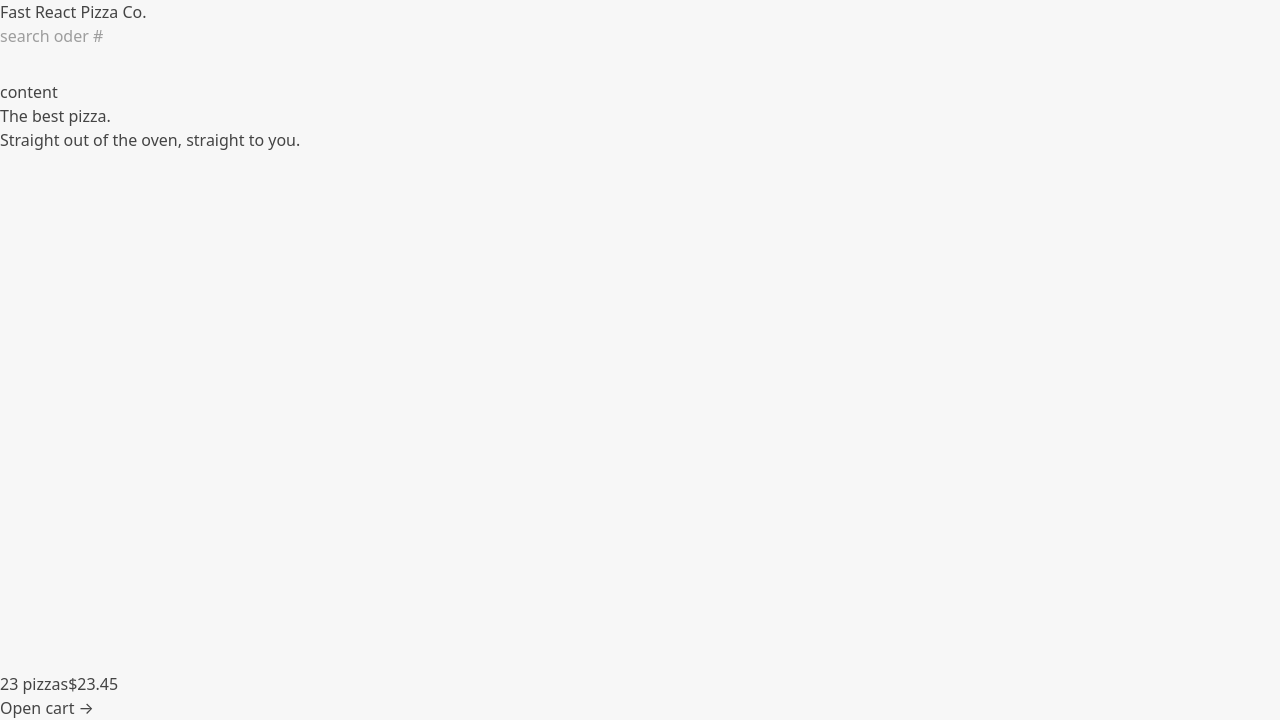
Repository: ayakhaled0001/pizza-delivery
Page: /
These files come from the project's save history. The page is drawn as it stood at one moment and after a run of saves; the edit follows.
The browser window is 1280 px wide. The pictures show the whole page.
The project was rebuilt for these pictures with package versions that can differ from the ones it lists, and the page was loaded fresh each time. Also part of the build but not shown: vite.config.js, src/services/apiRestaurant.jsx, src/utilities/helpers.jsx, src/features/menu/MenuItem.jsx, src/features/menu/Menu.jsx, src/features/cart/Cart.jsx, src/features/order/Order.jsx, src/ui/Loader.jsx and 1 more. Imported but missing from the stored project, and not drawn on this page: src/features/order/CreateOrder.

Above is the page before, as saved 2025-04-30 19:19:32.

### src/App.jsx
import { createBrowserRouter, RouterProvider } from "react-router-dom";
import Home from "./ui/Home";
import Menu, { loader as menuLoader } from "./features/menu/Menu";
import Cart from "./features/cart/Cart";
import CreateOrder, {
  action as CreateOrderAction,
} from "./features/order/CreateOrder";
import Order, { loader as orderLoader } from "./features/order/Order";
import AppLayout from "./ui/AppLayout";
import Error from "./ui/Error";
const router = createBrowserRouter([
  {
    element: <AppLayout />,
    children: [
      { path: "/", element: <Home /> },
      {
        path: "/menu",
        element: <Menu />,
        loader: menuLoader,
        errorElement: <Error />,
      },
      { path: "/cart", element: <Cart /> },
      {
        path: "/order/new",
        element: <CreateOrder />,
        action: CreateOrderAction,
      },
      {
        path: "/order/:orderId",
        element: <Order />,
        loader: orderLoader,
        errorElement: <Error />,
      },
    ],
  },
]);
function App() {
  return <RouterProvider router={router} />;
}

export default App;

### src/index.css
@import "tailwindcss";

body {
  font-family: system-ui, -apple-system, BlinkMacSystemFont, "Segoe UI", Roboto,
    Oxygen, Ubuntu, Cantarell, "Open Sans", "Helvetica Neue", sans-serif;
  background-color: #f7f7f7;
  color: #444;
}

.layout {
  display: grid;
  grid-template-rows: auto 1fr auto;
  gap: 32px;
  height: 100dvh;
}

/* https://dev.to/afif/i-made-100-css-loaders-for-your-next-project-4eje */
.loader {
  width: 45px;
  aspect-ratio: 0.75;
  --c: no-repeat linear-gradient(#333 0 0);
  background: var(--c) 0% 50%, var(--c) 50% 50%, var(--c) 100% 50%;
  background-size: 20% 50%;
  animation: loading 1s infinite linear;
}

@keyframes loading {
  20% {
    background-position: 0% 0%, 50% 50%, 100% 50%;
  }
  40% {
    background-position: 0% 100%, 50% 0%, 100% 50%;
  }
  60% {
    background-position: 0% 50%, 50% 100%, 100% 0%;
  }
  80% {
    background-position: 0% 50%, 50% 50%, 100% 100%;
  }
}

### src/ui/AppLayout.jsx
import Header from "./Header";
import CartOverview from "../features/cart/CartOverview";
import { Outlet, useNavigation } from "react-router-dom";
import Loader from "./Loader";

function AppLayout() {
  const navigation = useNavigation();
  const isLoading = navigation.state === "loading";
  console.log(navigation.state);
  return (
    <div className="layout">
      {isLoading && <Loader />}
      <Header />
      <main>
        <p>content</p>
        <Outlet />
      </main>
      <CartOverview />
    </div>
  );
}

export default AppLayout;

### src/ui/Header.jsx
import { Link } from "react-router-dom";
import SearchOrder from "../features/order/SearchOrder.jsx";

function Header() {
  return (
    <header>
      <Link to="/">Fast React Pizza Co.</Link>
      <SearchOrder />
    </header>
  );
}

export default Header;

### src/features/order/SearchOrder.jsx
import { useState } from "react";
import { useNavigate } from "react-router-dom";

function SearchOrder() {
  const [query, setQuery] = useState("");
  const navigate = useNavigate();
  function handleSubmit(e) {
    e.preventDefault();
    if (!query) return;
    navigate(`/order/${query}`);
    setQuery("");
  }
  return (
    <form onSubmit={handleSubmit}>
      <input
        placeholder="search oder #"
        value={query}
        onChange={(e) => setQuery(e.target.value)}
        className="duration-300 sm:w-64 focus:outline-none focus:ring
         focus:ring-yellow-500 focus:ring-opacity-50  sm:focus:w-72 transition-all w-28
         bg-yellow-100 rounded-full px-4 py-2 text-sm placeholder:text-stone-400"
      />
    </form>
  );
}

export default SearchOrder;

Loaded but not shown: index.html (common file); src/main.jsx (common file); src/ui/Home.jsx (common file); src/features/cart/CartOverview.jsx (common file)

After the next 4 saves:
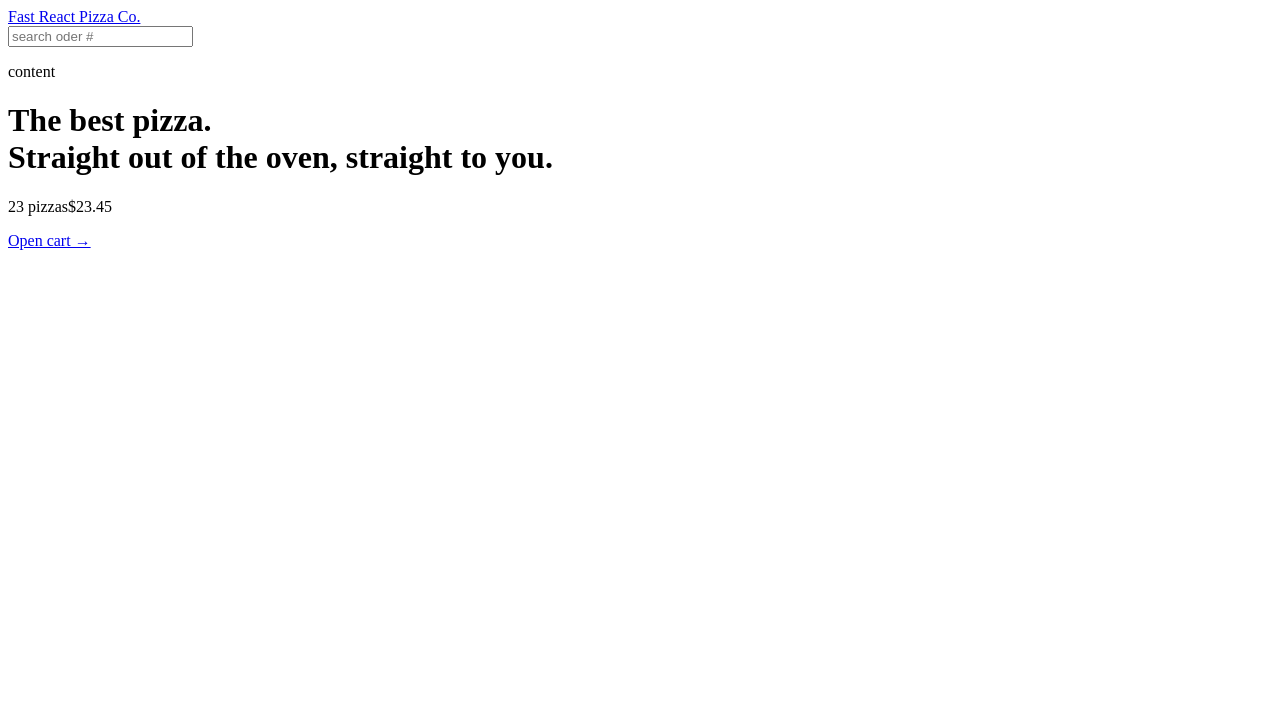
The 4 saves are shown as one change because 2 did not build or start and some came seconds apart.
The last was saved 62 min 7 s later.
--- a/src/index.css
+++ b/src/index.css
@@ -1,6 +1,6 @@
-@import "tailwindcss";
-
-body {
+@tailwind base
+@tailwind components
+/* body {
   font-family: system-ui, -apple-system, BlinkMacSystemFont, "Segoe UI", Roboto,
     Oxygen, Ubuntu, Cantarell, "Open Sans", "Helvetica Neue", sans-serif;
   background-color: #f7f7f7;
@@ -12,7 +12,7 @@ body {
   grid-template-rows: auto 1fr auto;
   gap: 32px;
   height: 100dvh;
-}
+} */
 
 /* https://dev.to/afif/i-made-100-css-loaders-for-your-next-project-4eje */
 .loader {
--- /dev/null
+++ b/tailwind.config.js
@@ -0,0 +1,20 @@
+/** @type {import('tailwindcss').Config} */
+// eslint-disable-next-line
+export default {
+  content: ["./index.html", "./src/**/*.{js,ts,jsx,tsx}"],
+  theme: {
+    fontFamily: {
+      sans: "Roboto Mono, monospace",
+    },
+
+    extend: {
+      fontSize: {
+        huge: ["80rem", { lineHeight: "1" }],
+      },
+      height: {
+        screen: "100dvh",
+      },
+    },
+  },
+  plugins: [],
+};
